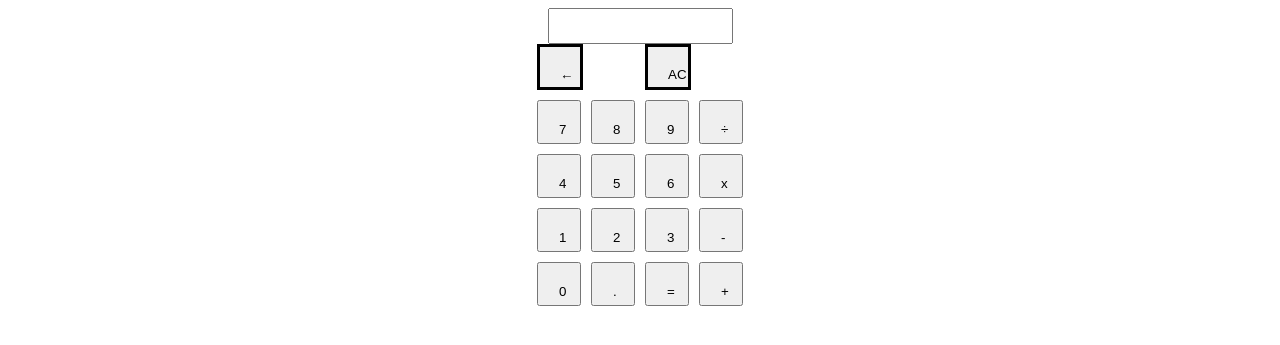
Repository: z1youRA/MyCalculator
Page: index.html
These files come from the project's save history. The page is drawn as it stood at one moment and after the next save; the edit follows.
The browser window is 1280 px wide. The pictures show the whole page.

Above is the page before, as saved 2021-12-19 17:22:39.

After the next save:
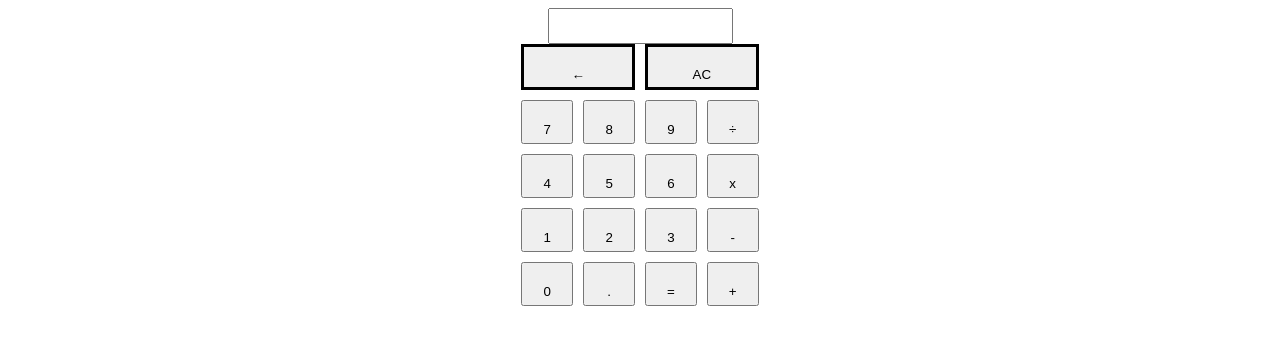
Saved 11 s later.
--- a/css/styles.css
+++ b/css/styles.css
@@ -24,6 +24,5 @@ input {
 
 button {
     height: 30px;
-    width: 40px;
     padding: 20px;
 }
